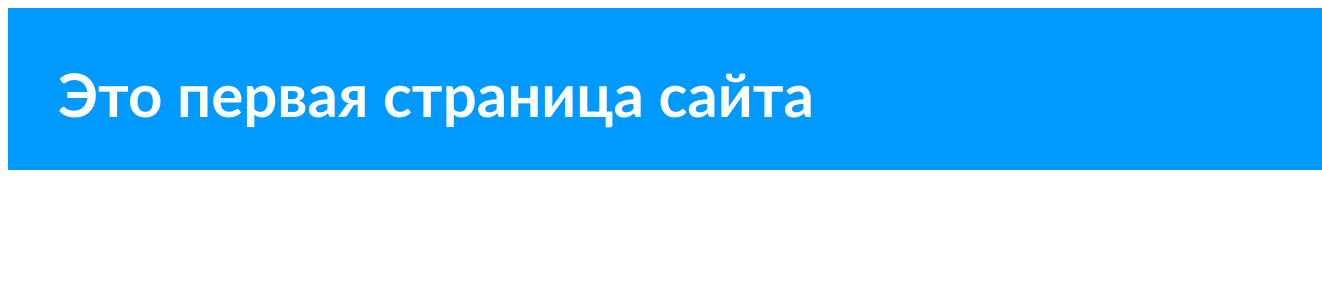
Repository: vazart-dude/EmotionMap
Page: основа.html
These files come from the project's save history. The page is drawn as it stood at one moment and after the next save; the edit follows.
The browser window is 1280 px wide. The page is 1322 px wide, so the pictures cover 1322 px, including what lies to the right of the window. The pictures show the whole page.

Above is the page before, as saved 2025-04-28 21:35:49.

After the next save:
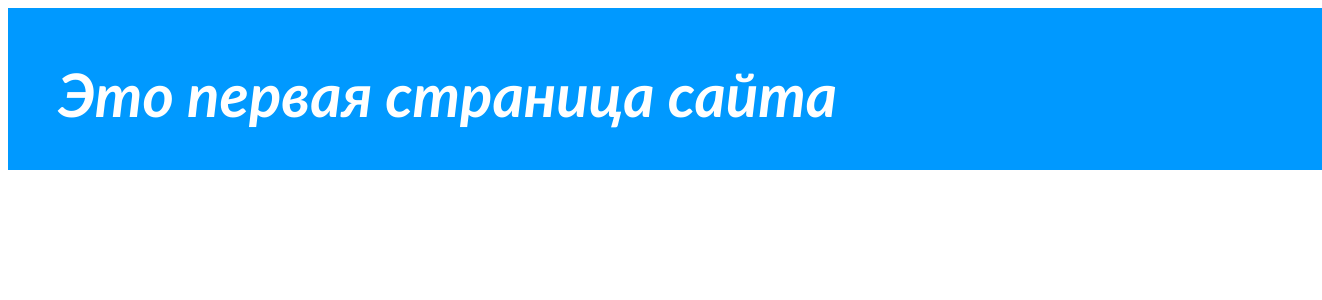
Saved 4 s later.
--- a/static/css.css
+++ b/static/css.css
@@ -8,6 +8,8 @@ header{
     padding-left:50px;
     padding-top:10px;
     font-weight:bold;
-    border-bottom:2px solid white
+    border-bottom:2px solid white;
+    font-style:italic;
+
 
 }
